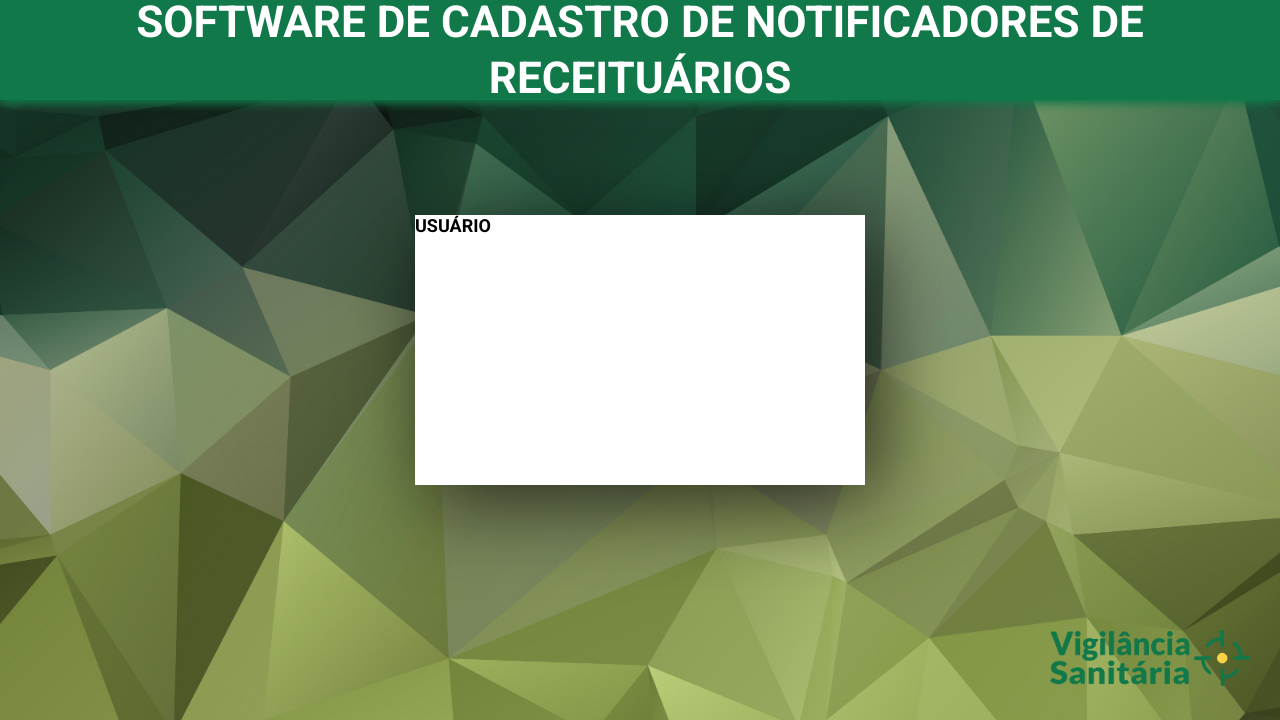
Repository: milena-rosa/web-prescription-notifier
Page: /
The author's editor kept a copy of each file at every save. The page is drawn from the files as they stood at one save, then again after the next save.
The browser window is 1280 px wide. The pictures show the whole page.
The project was rebuilt for these pictures with package versions that can differ from the ones it lists, and the page was loaded fresh each time. Also part of the build but not shown: src/pages/Home/styles.ts, src/pages/Home/index.tsx.

Above is the page before, as saved 2021-11-07 13:10:21.

### public/index.html
<!DOCTYPE html>
<html lang="en">

<head>
  <meta charset="utf-8" />
  <link rel="preconnect" href="https://fonts.googleapis.com">
  <link rel="preconnect" href="https://fonts.gstatic.com" crossorigin>
  <link href="https://fonts.googleapis.com/css2?family=Roboto:wght@400;700&display=swap" rel="stylesheet">
  <!-- <link rel="icon" href="%PUBLIC_URL%/favicon.ico" /> -->
  <meta name="viewport" content="width=device-width, initial-scale=1" />
  <meta name="theme-color" content="#000000" />
  <title>Cadastro de Notificadores de Receituários</title>
</head>

<body>
  <noscript>You need to enable JavaScript to run this app.</noscript>
  <div id="root"></div>
</body>

</html>

### src/index.tsx
import React from 'react'
import ReactDOM from 'react-dom'

import { App } from './App'

ReactDOM.render(
  <React.StrictMode>
    <App />
  </React.StrictMode>,
  document.getElementById('root')
)

### src/App.tsx
import React from 'react'
import { BrowserRouter as Router } from 'react-router-dom'

import { Routes } from './routes'
import { GlobalStyle } from './styles/global'

export function App() {
  return (
    <Router>
      <Routes />
      <GlobalStyle />
    </Router>
  )
}

### src/routes/index.tsx
import React from 'react'
import { Switch } from 'react-router-dom'

import { Home } from '../pages/Home'
import { SignIn } from '../pages/SignIn'
import { Route } from './Route'

// import { useAuth } from '../hooks/useAuth'

export function Routes() {
  // const { loading } = useAuth()

  // if (loading) {
  //   return <h1>Abrindo...</h1>
  // }

  return (
    <Switch>
      <Route path="/" exact component={SignIn} />
      <Route path="/home" exact component={Home} isPrivate />
    </Switch>
  )
}

### src/styles/global.ts
import { createGlobalStyle } from 'styled-components'

export const GlobalStyle = createGlobalStyle`
  :root {
    --black: #000000;
    --gray: #b5b5b5;
    --white: #ffffff;

    --green-primary: #117849;
    --green-primary-70: rgba(17, 120, 73, 0.7);
    --green-primary-30: rgba(17, 120, 73, 0.3);
    --green-primary-5: rgba(17, 120, 73, 0.05);

    --light-green: #dbebe4;
    --brownish-green: #51665c;

    --red: #ff0000;
    --yellow: #f6ff8f;
  }

  * {
    box-sizing: border-box;
    margin: 0;
    padding: 0;
  }

  html {
    @media (max-width: 1080px) {
      font-size: 93.75%; // 15px
    }

    @media (max-width: 720px) {
      font-size: 87.5%; // 14px
    }
  }

  body {
    background: var(--white);
    color: var(--black);
    -webkit-font-smoothing: antialiased;
  }

  body, input, textarea, button, select {
    font-family: 'Roboto', sans-serif;
    font-weight: 400;
  }

  button {
    border: none;
    cursor: pointer;
  }

  .react-modal-overlay {
    align-items: center;
    background: rgba(0, 0, 0, 0.5);
    bottom: 0;
    display: flex;
    justify-content: center;
    left: 0;
    position: fixed;
    right: 0;
    top: 0;
    z-index: 11;
  }

  .react-modal-content {
    background: var(--white);
    border-radius: 0.25rem;
    min-height: 2.4rem;
    max-width: 41rem;
    position: relative;
    z-index: 12;
  }

  .react-modal-close {
    background: transparent;
    border: 0;
    position: absolute;
    right: 1rem;
    top: 1rem;
    transition: filter 0.2s;

    &:hover {
      filter: brightness(0.8);
    }
  }
`

### src/pages/SignIn/index.tsx
import React from 'react'

import logo from '../../assets/logo.png'
import { Input } from '../../components/Input'
import { Container } from './styles'

export const SignIn: React.FC = () => {
  return (
    <Container>
      <header>Software de Cadastro de Notificadores de Receituários</header>
      <div>
        <Input name="user" label="Usuário" type="text" />
      </div>
      <footer>
        <img src={logo} alt="Vigilância Sanitária" />
      </footer>
    </Container>
  )
}

### src/routes/Route.tsx
import React, { ComponentType } from 'react'
import { RouteProps as ReactDOMRouteProps, Route as ReactDOMRoute, Redirect } from 'react-router-dom'

interface IRouteProps extends ReactDOMRouteProps {
  isPrivate?: boolean
  component: ComponentType
}

export function Route({ isPrivate = false, component: Component, ...rest }: IRouteProps) {
  const isSigned = false

  return (
    <ReactDOMRoute
      {...rest}
      render={({ location }) =>
        (isPrivate && isSigned) || (!isPrivate && !isSigned) ? (
          <Component />
        ) : (
          <Redirect
            to={{
              pathname: isPrivate ? '/' : '/home',
              state: { from: location }
            }}
          />
        )
      }
    />
  )
}

### src/components/Input/index.tsx
import React, { InputHTMLAttributes, useCallback, useState } from 'react'

import { Container, InputInformationContainer, Error, InputContainer } from './styles'

interface InputProps extends InputHTMLAttributes<HTMLInputElement> {
  name: string
  label?: string
  errors?: string
  containerStyle?: object
  inputStyle?: object
}

export const Input = ({
  name,
  label,
  containerStyle = {},
  inputStyle = {},
  errors,
  value,
  onBlur,
  disabled = false,
  ...rest
}: InputProps) => {
  const [isFocused, setIsFocused] = useState(false)

  const handleInputFocus = useCallback(() => {
    setIsFocused(true)
  }, [])

  const handleInputBlur = useCallback(
    (event: React.FocusEvent<HTMLInputElement>) => {
      if (onBlur) {
        onBlur(event)
      }
      setIsFocused(false)
    },
    [onBlur]
  )

  return (
    <Container>
      <InputInformationContainer>{!!label && <label htmlFor={name}>{label}</label>}</InputInformationContainer>
      <InputContainer style={containerStyle} isFocused={isFocused} isInvalid={!!errors} disabled={disabled}>
        <input
          {...rest}
          value={value || ''}
          id={name}
          name={name}
          onFocus={handleInputFocus}
          onBlur={handleInputBlur}
          style={inputStyle}
        />
      </InputContainer>
      {!!errors && <Error>{errors}</Error>}
    </Container>
  )
}

### src/pages/SignIn/styles.ts
import styled from 'styled-components'

import backgroundImg from '../../assets/background.png'

export const Container = styled.div`
  align-items: center;
  background: url(${backgroundImg}) no-repeat center center fixed;
  background-size: cover;
  bottom: 0;
  display: flex;
  flex-direction: column;
  justify-content: space-between;
  left: 0;
  position: fixed;
  right: 0;
  top: 0;
  z-index: 11;

  header {
    align-items: center;
    background: var(--green-primary);
    color: var(--white);
    display: flex;
    filter: drop-shadow(0px 4px 4px #117849);
    font-weight: bold;
    font-size: 2.75rem;
    height: 6.25rem;
    justify-content: center;
    line-height: 3.5rem;
    text-align: center;
    text-transform: uppercase;
    width: 100%;
  }

  > div {
    background-color: var(--white);
    filter: drop-shadow(15px 15px 42px rgba(0, 0, 0, 0.7));
    height: 16.875rem;
    width: 28.125rem;
  }

  footer {
    /* background: lime; */
    align-self: flex-end;

    > img {
      margin: 1.875rem;
      width: 12.5rem;
    }
  }
`

### src/components/Input/styles.ts
import styled, { css } from 'styled-components'

export const Container = styled.div`
  display: flex;
  flex-direction: column;
`

interface InputContainerProps {
  isFocused: boolean
  isInvalid: boolean
  disabled: boolean
}

export const InputContainer = styled.div<InputContainerProps>`
  background: ${(props) => (props.disabled ? 'var(--gray-20)' : 'var(--green-primary-15)')};
  border: 1.5px solid ${(props) => (props.disabled ? 'transparent' : 'var(--gray-40)')};
  border-radius: 0.25rem;
  color: ${(props) => (props.disabled ? 'var(--gray-60)' : 'var(--black)')};
  height: 3rem;
  position: relative;

  ${(props) =>
    props.isFocused &&
    css`
      border-color: var(--blue-primary);
    `}

  ${(props) =>
    props.isInvalid &&
    css`
      border-color: var(--orange);
    `}

  input {
    background: transparent;
    border: 0;
    font-size: 1rem;
    line-height: 1.25rem;
    height: 100%;
    min-height: 3rem;
    outline: 0;
    padding: 0 2.75rem 0 0.5rem;
    width: 100%;

    &::placeholder {
      color: var(--gray-60);
    }
  }
`

export const InputInformationContainer = styled.div`
  align-items: baseline;
  display: flex;
  justify-content: space-between;

  label {
    color: var(--black);
    display: block;
    font-size: 1.125rem;
    font-weight: bold;
    line-height: 1.3125rem;
    text-transform: uppercase;
    margin-bottom: 0.25rem;
  }
`

export const Error = styled.p`
  color: var(--orange);
  font-size: 1rem;
  line-height: 1.25rem;
  margin-top: 0.5rem;
`

### src/hooks/useForm.ts
import { ChangeEvent, FormEvent, useState } from 'react'

interface Validation {
  required?: {
    value: boolean
    message: string
  }
  pattern?: {
    value: string
    message: string
  }
  custom?: {
    isValid: (value: any) => boolean
    message: string
  }
}

type Validations<T extends {}> = Partial<Record<keyof T, Validation>>
type ErrorRecord<T> = Partial<Record<keyof T, string>>

export type FormOptions<T extends {}> = {
  validations?: Validations<T>
  initialValues?: Partial<T>
  onSubmit?: (event?: any) => void
}

export type FormReturn<T extends {}> = {
  data: T
  handleChange: <S extends unknown>(
    key: keyof T,
    sanitizeFn?: ((value: string) => S) | undefined
  ) => (event: ChangeEvent<HTMLInputElement & HTMLSelectElement & HTMLTextAreaElement>) => void
  handleSubmit: (event: FormEvent<HTMLFormElement>) => Promise<void>
  reset: () => void
  setValue: (key: keyof T, value: any) => void
  errors: Partial<Record<keyof T, string>>
}

export const useForm = <T extends Record<keyof T, any>>(options?: FormOptions<T>) => {
  const [data, setData] = useState<T>((options?.initialValues || {}) as T)
  const [errors, setErrors] = useState<ErrorRecord<T>>({})

  const handleChange =
    <S extends unknown>(key: keyof T, sanitizeFn?: (value: string) => S) =>
    (event: ChangeEvent<HTMLInputElement & HTMLSelectElement & HTMLTextAreaElement>) => {
      const value =
        event.target.type === 'checkbox'
          ? event.target.checked
          : sanitizeFn
          ? sanitizeFn(event.target.value)
          : event.target.value

      setData({
        ...data,
        [key]: value
      })
    }

  const handleSubmit = async (event: FormEvent<HTMLFormElement>) => {
    event?.preventDefault()

    const validations = options?.validations
    if (validations) {
      let valid = true
      const newErrors: Partial<Record<keyof T, string>> = {}

      for (const key in validations) {
        const value = data[key]
        const validation = validations[key]

        if (validation?.required?.value && !value) {
          valid = false
          newErrors[key] = validation?.required?.message
        }

        const pattern = validation?.pattern
        if (pattern?.value && !RegExp(pattern.value).test(value)) {
          valid = false
          newErrors[key] = pattern.message
        }

        const custom = validation?.custom
        if (custom?.isValid && !custom.isValid(value)) {
          valid = false
          newErrors[key] = custom.message
        }
      }

      if (!valid) {
        setErrors(newErrors)
        return
      }
    }

    setErrors({})

    if (options?.onSubmit) {
      options.onSubmit()
    }
  }

  const reset = () => {
    setData({} as T)
    setErrors({})
  }

  const setValue = (key: keyof T, value: any) => {
    setData({
      ...data,
      [key]: value
    })
  }

  return {
    data,
    handleChange,
    handleSubmit,
    reset,
    setValue,
    errors
  }
}

After the next save:
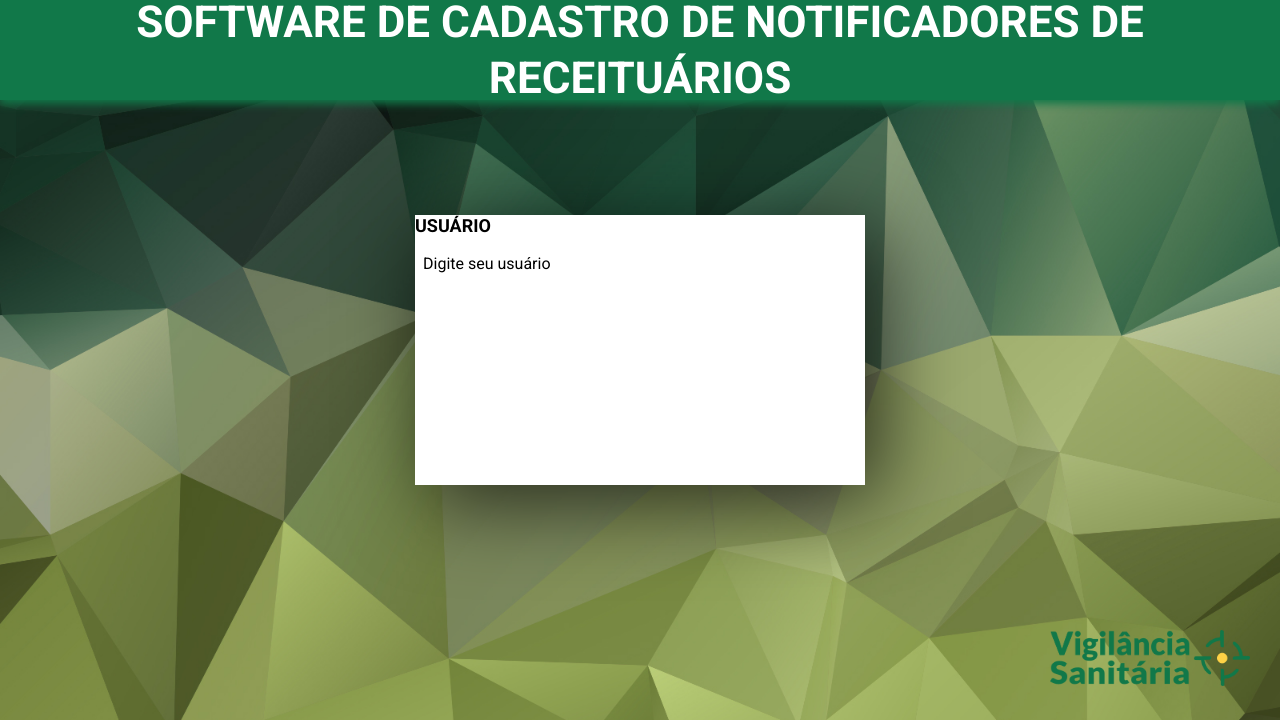
Saved 5 min 56 s later.
--- a/src/pages/SignIn/index.tsx
+++ b/src/pages/SignIn/index.tsx
@@ -2,14 +2,41 @@
 
 import logo from '../../assets/logo.png'
 import { Input } from '../../components/Input'
+import { useForm } from '../../hooks/useForm'
 import { Container } from './styles'
 
+interface SignInFormValues {
+  user: string
+  password: string
+}
+
 export const SignIn: React.FC = () => {
+  const {
+    data: { user, password },
+    handleChange,
+    errors
+  } = useForm<SignInFormValues>({
+    initialValues: { user: '', password: '' },
+    onSubmit: (event) => console.log(event),
+    validations: {
+      user: { required: { value: true, message: 'Preencha o campo obrigatório.' } },
+      password: { required: { value: true, message: 'Preencha o campo obrigatório.' } }
+    }
+  })
+
   return (
     <Container>
       <header>Software de Cadastro de Notificadores de Receituários</header>
       <div>
-        <Input name="user" label="Usuário" type="text" />
+        <Input
+          name="user"
+          label="Usuário"
+          type="text"
+          placeholder="Digite seu usuário"
+          value={user}
+          onChange={handleChange('user')}
+          errors={errors.user}
+        />
       </div>
       <footer>
         <img src={logo} alt="Vigilância Sanitária" />
